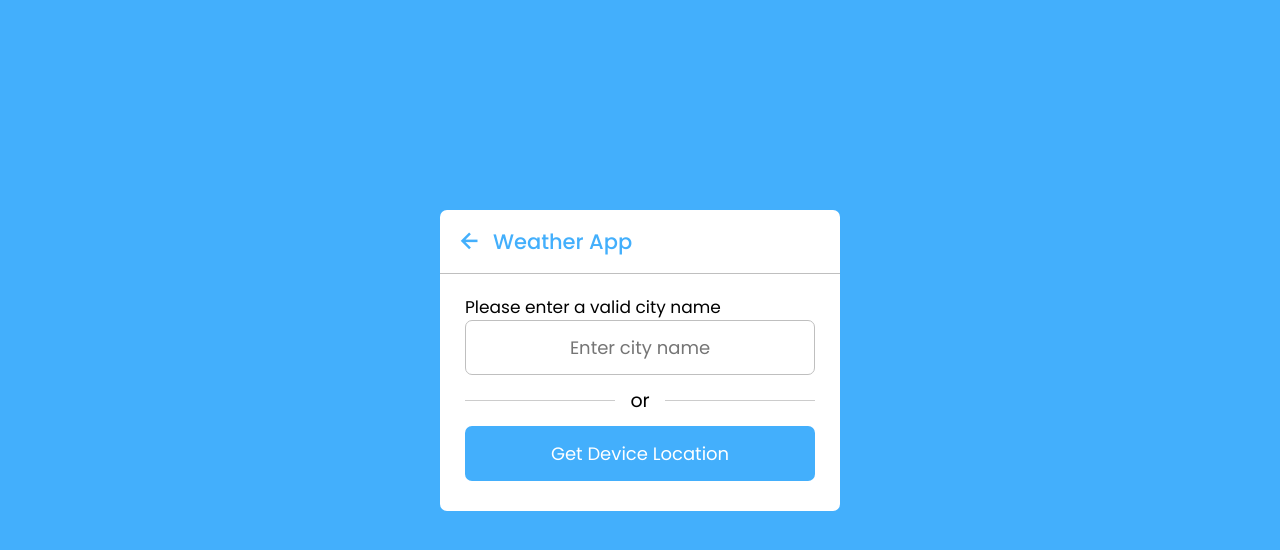
Repository: long13820/Weather-App-HTML-CSS-Javascript
Page: index.html
The author's editor kept a copy of each file at every save. The page is drawn from the files as they stood at one save, then again after the next save.
The browser window is 1280 px wide. The pictures show the whole page.

Above is the page before, as saved 2021-09-02 01:09:57.

### index.html
<!DOCTYPE html>
<html lang="en">
<head>
    <meta charset="UTF-8">
    <meta http-equiv="X-UA-Compatible" content="IE=edge">
    <meta name="viewport" content="width=device-width, initial-scale=1.0">
    <title>Weather App</title>
    <link rel="stylesheet" href="style.css">

    <!--Linking Boxicon For Icon-->
    <link rel="stylesheet" href='https://unpkg.com/boxicons@2.0.9/css/boxicons.min.css' >


</head>
<body>
    <div class="wrapper">
        <header>
            <i class="bx bx-left-arrow-alt"></i>
            Weather App
        </header>
        <section class="input-part">
            <p class="info-txt">Please enter a valid city name</p>
            <input type="text" placeholder="Enter city name" spellcheck="false">
            <div class="separator"></div>
            <button>Get Device Location</button>
        </section>
    </div>
</body>
</html>

### style.css
/*Import Google Font - Poppins*/
@import url('https://fonts.googleapis.com/css2?family=Poppins:wght@400;500;600;700&display=swap');
*{
    margin: 0;
    padding: 0;
    box-sizing: border-box;
    font-family: 'Poppins', sans-serif;
}
body{
    display: flex;
    align-items: center;
    justify-content: center;
    min-height: 100vh;
    background: #43AFFC;
}
.wrapper{
    width: 400px;
    border-radius: 7px;
    background: white;
}
.wrapper header{
    color: #43AFFC;
    font-size: 21px;
    font-weight: 500;
    padding: 16px 15px;
    display: flex;
    align-items: center;
    border-bottom: 1px solid #bfbfbf;

}
header i{
    cursor: pointer;
    font-size: 30px;
    margin-right: 8px;
}
.wrapper .input-part{
    margin: 20px 25px 30px;
}
.input-part .info-txt{
    font-size: 17px;

}
.input-part :where(input, button){
    width: 100%;
    height: 55px;
    border: none;
    outline: none;
    font-size: 18px;
    border-radius: 7px;
}
.input-part input{
    text-align: center;
    border: 1px solid #bfbfbf;
}
.input-part .separator{
    height: 1px;
    width: 100%;
    margin: 25px 0px;
    background: #ccc;
    display: flex;
    align-items: center;
    justify-content: center;
}
.separator::before{
    content: "or";
    background-color: white;
    font-size: 19px;
    padding: 0px 15px;
    background: #fff;
}
.input-part button{
    color: white;
    cursor: pointer;
    background: #43AFFC;
}

After the next save:
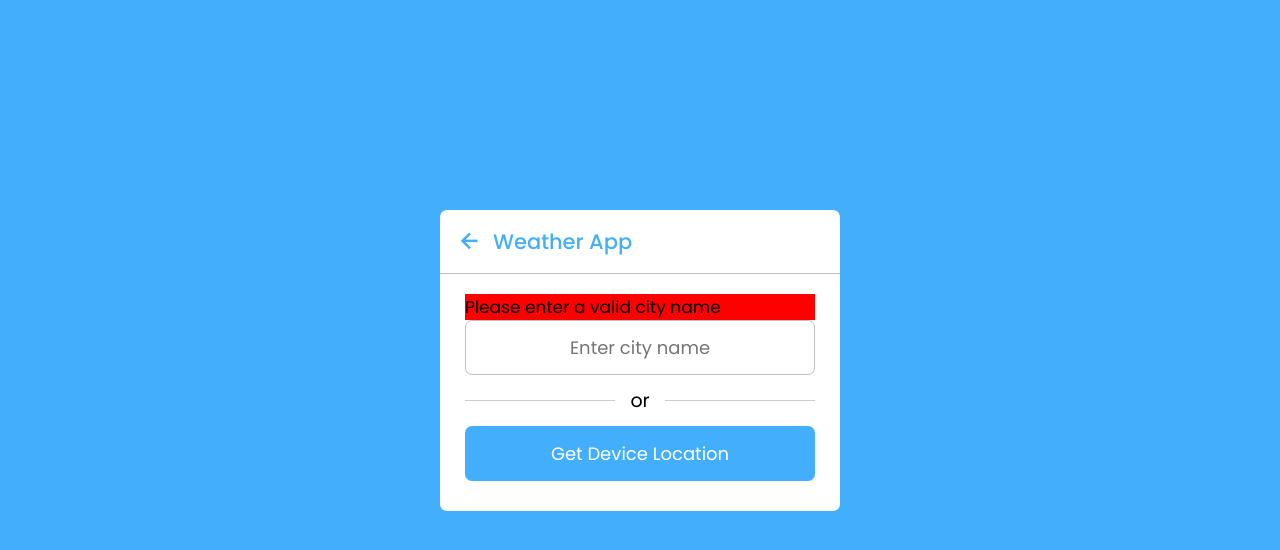
Saved 14 s later.
--- a/style.css
+++ b/style.css
@@ -38,6 +38,7 @@ header i{
 }
 .input-part .info-txt{
     font-size: 17px;
+    background: red;
 
 }
 .input-part :where(input, button){
